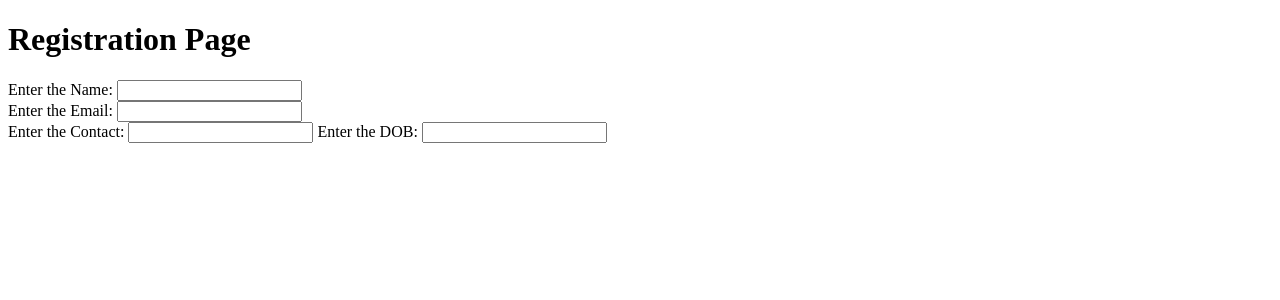
Repository: Pradeep4802/utopiatech
Page: eclipse-workspace/OwnServlet/src/main/webapp/Home.html
These files come from the project's save history. The page is drawn as it stood at one moment and after the next save; the edit follows.
The browser window is 1280 px wide. The pictures show the whole page.

Above is the page before, as saved 2023-10-09 08:53:59.

After the next save:
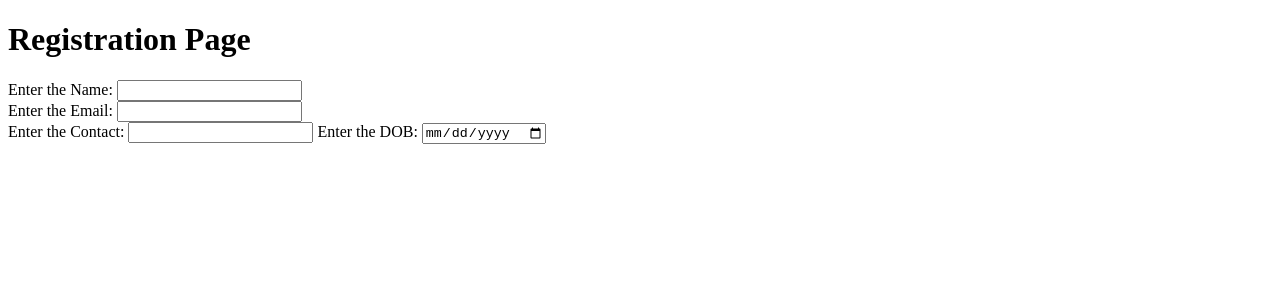
Saved 20 s later.
--- a/eclipse-workspace/OwnServlet/src/main/webapp/Home.html
+++ b/eclipse-workspace/OwnServlet/src/main/webapp/Home.html
@@ -15,7 +15,7 @@
 				name="user_email" /></label><br>
 			<label for="user_contact">Enter the Contact: <input type="number"
 				name="user_contact" /></label>
-			<label for="user_dob">Enter the DOB: <input type="datetime"
+			<label for="user_dob">Enter the DOB: <input type="date"
 				name="user_contact" /></label>
 
 		</form>
